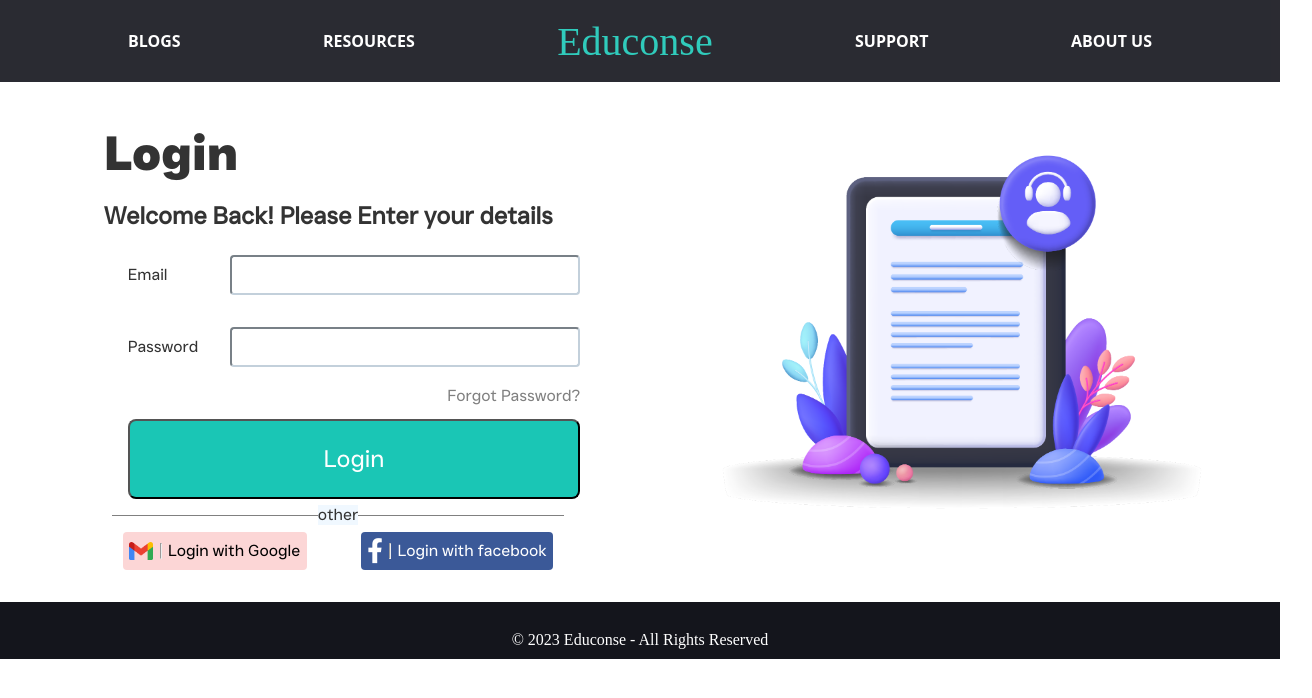
Repository: devajay07/educonse
Page: pages/login.html
These files come from the project's save history. The page is drawn as it stood at one moment and after the next save; the edit follows.
The browser window is 1280 px wide. The page is 1312 px wide, so the pictures cover 1312 px, including what lies to the right of the window. The pictures show the whole page.

Above is the page before, as saved 2023-10-15 03:21:06.

### pages/login.html
<!DOCTYPE html>
<html lang="en">

<head>
  <meta charset="UTF-8" />
  <meta name="viewport" content="width=device-width, initial-scale=1.0" />
  <title>Document</title>

  <script src="https://code.jquery.com/jquery-3.7.0.js"></script>
  <link rel="stylesheet" href="/css/header.css" />
  <link rel="stylesheet" href="/css/login.css" />
</head>

<body>
  <header id="header"></header>
  <main>
    <div class="login-panel">
      <div class="left-section">
        <div class="top">
          <h1 class="heading">Login</h1>
          <h2 class="sub-heading">Welcome Back! Please Enter your details</h2>
        </div>
        <div class="input-form" id="input-form">
          <div class="email">
            <label for="email-input">Email</label>
            <input type="email" name="email-input" id="email-input" />
          </div>
          <div class="password">
            <label for="password-input">Password</label>
            <input type="password" id="password-input">
          </div>
          <div class="forgot">
            <a href="#">Forgot Password?</a>
          </div>
          <input type="button" value="Login" id="submit">
        </div>
        <div class="other">
          <div class="line"></div>
          <p > other </p>
        </div>
        <div class="other-methods">
          <div class="gmail">
            <img src="/images/Gmail_icon_(2020).svg.png" alt="gmail logo" width="24px " height="24px">
            <hr>
            <p>Login with Google</p>
          </div>
          <div class="facebook">
            <i class="fa-brands fa-facebook-f"></i>
            <hr>
            <p>Login with facebook</p>
          </div>
        </div>
      </div>
      <div class="right-section">

        <img src="/images/login1.png" alt="Login Image" id="login-img">
      </div>
    </div>
  </main>
  <footer>
    <div class="footer-2">&copy; 2023 Educonse - All Rights Reserved</div>
  </footer>
  <script>
    $(document).ready(function () {
      $("#header").load("/pages/header.html");
    });
  </script>
</body>

</html>

### css/header.css
@import url("https://cdnjs.cloudflare.com/ajax/libs/font-awesome/6.4.2/css/all.min.css");
* {
  padding: 0;
  margin: 0;
  box-sizing: border-box;
}
@font-face {
  font-family: "brand-bold";
  src: url("/fonts/brand-bold.otf") format("opentype");
  font-weight: normal;
  font-style: normal;
}
@font-face {
  font-family: "brand-reg";
  src: url("/fonts/brand-regular.otf") format("opentype");
  font-weight: normal;
  font-style: normal;
}

:root {
  --brand-color: hsla(291, 60%, 34%, 1);
  --hookers-green: hsla(174, 17%, 46%, 1);
  --white: hsla(0, 0%, 100%, 1);
  --poppy: hsla(356, 74%, 52%, 1);
  --black: hsla(60, 1%, 14%, 1);
  --beige: #f5f5dc;

  --brand-bold: "brand-bold", sans-serif;
  --brand-reg: "brand-reg", sans-serif;
  --universal-margin: 1rem 8rem;
  --section-margin: 1rem;
  --footer-bg: rgb(20, 21, 28);
}

body {
  background-color: white;
  color: #333; /* A light version of black */
}

.nav-container {
  display: flex;
  align-items: center;
  justify-content: space-between;
  width: 100%;
  margin: var(--universal-margin);
  height: 50px;
}
.nav-container .nav-item {
  font-family: system-ui, -apple-system, BlinkMacSystemFont, "Segoe UI", Roboto,
    Oxygen, Ubuntu, Cantarell, "Open Sans", "Helvetica Neue", sans-serif;
  color: var(--white);
  font-weight: bolder;
}

nav {
  display: flex;
  justify-content: space-between;
  align-items: center;
  background-color: var(--footer-bg);
  opacity: 0.9;
  color: white;
}

nav .brand {
  font-size: 40px;
  color: var(--brand-color);
  font-family: var(--brand-font);
}

nav a {
  text-decoration: none;
  color: white;
}

footer {
  display: flex;
  flex-direction: column;
}
.footer-1 {
  display: flex;
  justify-content: space-evenly;
}
.footer-1 .customer-service > div {
  padding: 0.2rem;
}
.footer-1 h1 {
  font-size: 1.2rem;
  font-family: var(--brand-font);
  margin-bottom: 0.5rem;
}
.footer-1 p {
  font-size: 0.8rem;
  opacity: 0.6;
  color: #f0e8e8;
  padding: 0.3rem;
  font-family: var(--brand-reg);
}
.footer-1 .heading{
  padding-bottom: 1rem;
  font-family: var(--brand-bold);
}


.footer-1 span {
  font-size: 0.8rem;
  margin: 0.4rem;
}

.footer-1 a {
  color: #f0f0ea;
  text-decoration: none;
}
.footer-1 .reach-us {
  display: flex;
  align-items: center;
  flex-direction: column;
}

.reach-us iframe{
  border-radius: 8px;
}

.footer-2{
  padding-top: 1.2rem;
}

.text {
  color: white;
  font-size: 20px;
  position: absolute;
  top: 50%;
  left: 50%;
  transform: translate(-50%, -50%);
  -ms-transform: translate(-50%, -50%);
  white-space: nowrap;
}

@charset "UTF-8";

.svg-inline--fa {
  vertical-align: -0.2em;
}

.rounded-social-buttons {
  text-align: center;
}

.rounded-social-buttons .social-button {
  display: inline-block;
  position: relative;
  cursor: pointer;
  width: 3.125rem;
  height: 3.125rem;
  border: 0.125rem solid transparent;
  padding: 0;
  text-decoration: none;
  text-align: center;
  color: #fefefe;
  font-size: 1.5625rem;
  font-weight: normal;
  line-height: 2em;
  border-radius: 1.6875rem;
  transition: all 0.5s ease;
  margin-right: 0.25rem;
  margin-bottom: 0.25rem;
}

.rounded-social-buttons .social-button:hover,
.rounded-social-buttons .social-button:focus {
  -webkit-transform: rotate(360deg);
  -ms-transform: rotate(360deg);
  transform: rotate(360deg);
}

.rounded-social-buttons .fa-twitter,
.fa-facebook-f,
.fa-linkedin,
.fa-youtube,
.fa-instagram {
  font-size: 25px;
}

.rounded-social-buttons .social-button.facebook {
  background: #3b5998;
}

.rounded-social-buttons .social-button.facebook:hover,
.rounded-social-buttons .social-button.facebook:focus {
  color: #3b5998;
  background: #fefefe;
  border-color: #3b5998;
}

.rounded-social-buttons .social-button.twitter {
  background: #55acee;
}

.rounded-social-buttons .social-button.twitter:hover,
.rounded-social-buttons .social-button.twitter:focus {
  color: #55acee;
  background: #fefefe;
  border-color: #55acee;
}

.rounded-social-buttons .social-button.linkedin {
  background: #007bb5;
}

.rounded-social-buttons .social-button.linkedin:hover,
.rounded-social-buttons .social-button.linkedin:focus {
  color: #007bb5;
  background: #fefefe;
  border-color: #007bb5;
}

.rounded-social-buttons .social-button.youtube {
  background: #bb0000;
}

.rounded-social-buttons .social-button.youtube:hover,
.rounded-social-buttons .social-button.youtube:focus {
  color: #bb0000;
  background: #fefefe;
  border-color: #bb0000;
}

.rounded-social-buttons .social-button.instagram {
  background: #125688;
}

.rounded-social-buttons .social-button.instagram:hover,
.rounded-social-buttons .social-button.instagram:focus {
  color: #125688;
  background: #fefefe;
  border-color: #125688;
}

footer {
  background-color: var(--footer-bg);
  color: white;
  text-align: center;
  padding: 10px 0;
}

### css/login.css
@import url("/css/global.css");
main .login-panel{
  display: flex;
  justify-content: center;
  background-color: var(--white);
  font-family: var(--brand-reg);
}

.left-section{
  width: 800px;
  display: flex;
  flex-direction: column;
  justify-content: center;
  font-family: var(--brand-reg );
  padding: 2rem;
  padding-left: 8rem;
}

.input-form{
  display: flex;
  flex-direction: column;
  font-family: var(--brand-reg);
  padding-left: 2rem;

}
.input>div{
  font-size: 1.3rem;
  margin:0.5rem;
}
label{
  padding-right: 1rem;
}

input[type=password],input[type=email]{
  float: right;
  font-family: var(--brand-reg);
  width:350px;
  height: 40px;
  border-radius:4px;
  margin: 1rem;
  border-color: rgb(195, 208, 219);
  margin-right:0;
  text-align: center;
}
input[type=password]:focus,input[type=email]:focus
{
  background-color:rgb(127, 157, 184);
}

input[type=password]{
  font-size: xx-large;
}
#submit{
  height:80px;
  background-color:var(--brand-color);
  color:var(--white);
  font-family: var(--brand-reg);
  font-size: 1.5rem;
  border-radius:8px;

}
.heading{
  font-family: var(--brand-bold);
  font-size: 3rem;
  padding: 0.5rem;
}

.sub-heading{
  font-family: var(--brand-reg);
  font-size: 1.5rem;
  padding: 0.5rem;

}

.email,.password{
  width: 100%;
  display: flex;
  justify-content: space-between;
  align-items:center;
}

.forgot a{
  text-decoration: none;
  color:grey;
  float: right;
  margin: 0.2rem 0 0.8rem ;
}

.other{
  display: flex;
  justify-content: center;
  align-items: center;
}
.line{
  height:1px;
  width:100%;
  background-color:gray;
  margin:1rem;
}
.other p{
  position: absolute;
  background-color:aliceblue;
  z-index: 1;
}
.other-methods{
  display: flex;
  justify-content: space-around;
}
.other-methods>div{
  display: flex;
  justify-content: space-around;
  align-items:center;
  color:white;
  padding: 0.4rem;
  border-radius:4px;
}
.gmail{
  background-color:rgb(252, 214, 214);
}
.gmail img{
  object-fit: contain;
}
.gmail p{
  color:black;
}
.facebook{
  background-color:#3b5998;

}

.other-methods hr{
  margin: 0 0.4rem;
  height:16px;
}
#login-img{
  width: 700px;
  height:500px;
  object-fit: contain;
}

### css/global.css
@import url("https://cdnjs.cloudflare.com/ajax/libs/font-awesome/6.4.2/css/all.min.css");
* {
  padding: 0;
  margin: 0;
  box-sizing: border-box;
}
@font-face {
  font-family: "brand-bold";
  src: url("/fonts/brand-bold.otf") format("opentype");
  font-weight: normal;
  font-style: normal;
}
@font-face {
  font-family: "brand-reg";
  src: url("/fonts/brand-regular.otf") format("opentype");
  font-weight: normal;
  font-style: normal;
}

:root {
  --brand-color: rgb(26, 198, 181);
  --hookers-green: hsla(174, 17%, 46%, 1);
  --white: hsla(0, 0%, 100%, 1);
  --poppy: hsla(356, 74%, 52%, 1);
  --black: hsla(60, 1%, 14%, 1);
  --beige: #f5f5dc;

  --brand-bold: "brand-bold", sans-serif;
  --brand-reg: "brand-reg", sans-serif;
  --universal-margin: 1rem 8rem;
  --section-margin: 1rem;
  --footer-bg: rgb(20, 21, 28);
}

### pages/header.html
<nav>
  <div class="nav-container">
    <div class="nav-item">BLOGS</div>
    <div class="nav-item">RESOURCES</div>
    <div class="brand">Educonse</div>
    <div class="nav-item">SUPPORT</div>
    <div class="nav-item">ABOUT US</div>
  </div>
</nav>

After the next save:
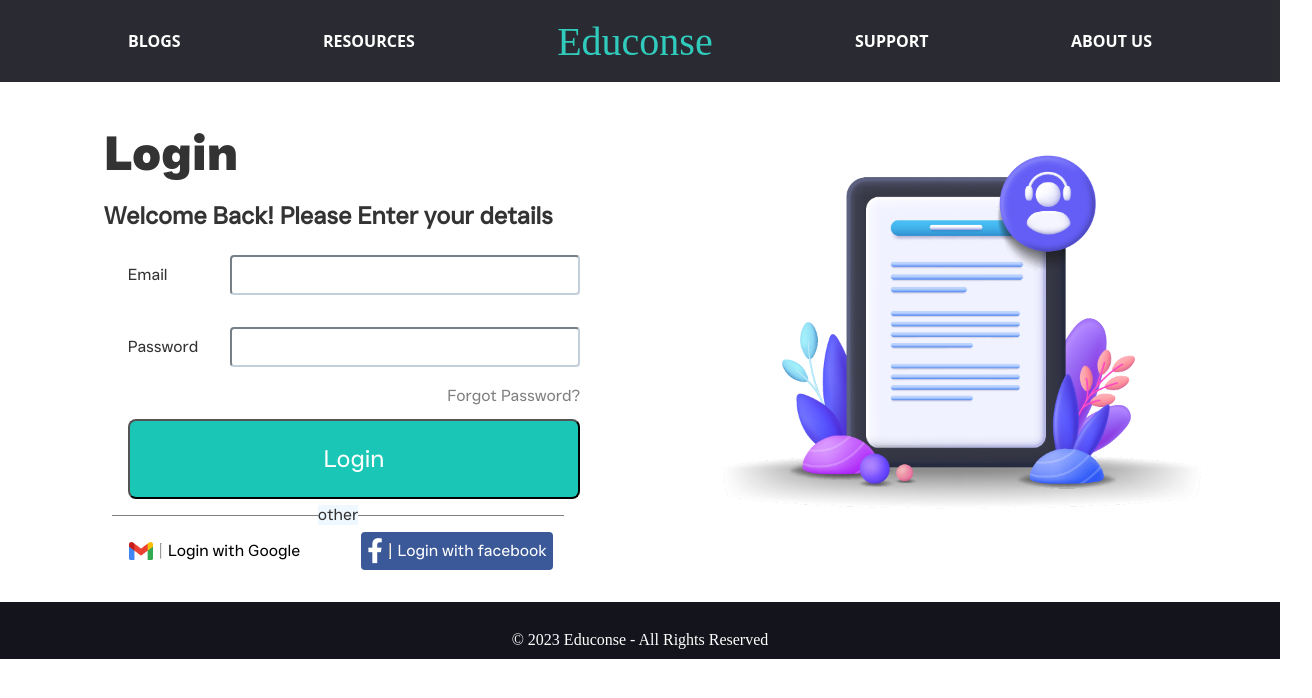
Saved 84 s later.
--- a/css/login.css
+++ b/css/login.css
@@ -115,7 +115,7 @@ input[type=password]{
   border-radius:4px;
 }
 .gmail{
-  background-color:rgb(252, 214, 214);
+  background-color:var(--white);
 }
 .gmail img{
   object-fit: contain;
